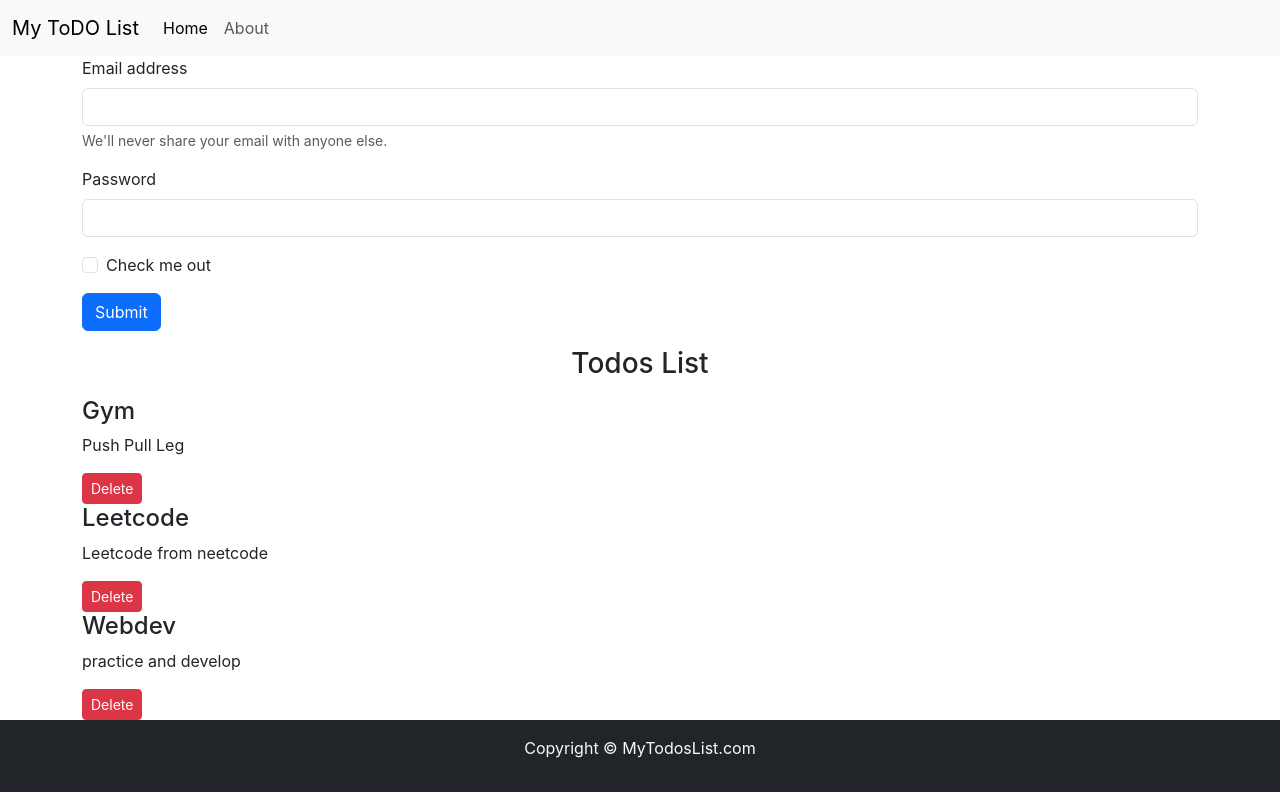
Repository: AshwinUgale/ToDoList
Page: /
These files come from the project's save history. The page is drawn as it stood at one moment and after the next save; the edit follows.
The browser window is 1280 px wide. The pictures show the whole page.
The project was rebuilt for these pictures with package versions that can differ from the ones it lists, and the page was loaded fresh each time. Also part of the build but not shown: src/App.css.

Above is the page before, as saved 2024-12-21 17:02:24.

After the next save:
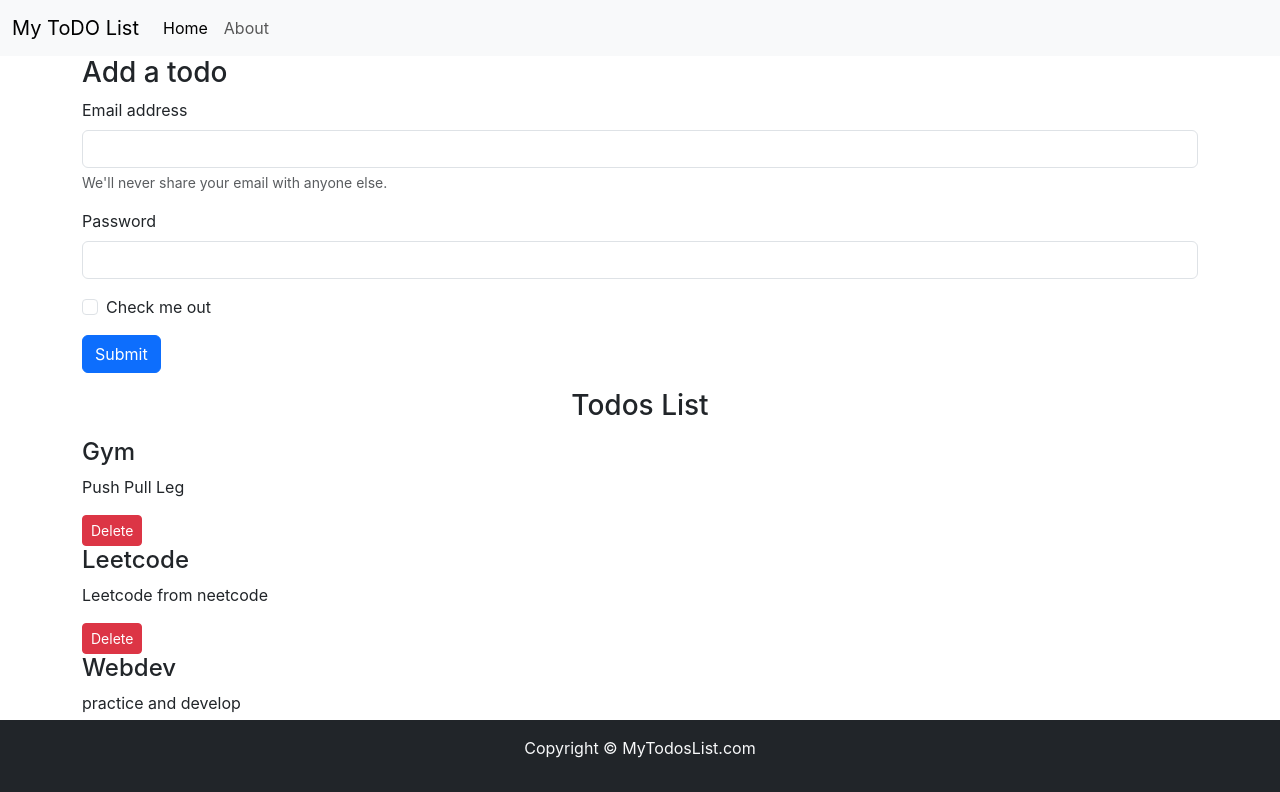
Saved 17 s later.
--- a/src/MyComponents/AddTodo.js
+++ b/src/MyComponents/AddTodo.js
@@ -3,6 +3,7 @@ import React from 'react'
 export const AddTodo = () => {
   return (
     <div className='container'>
+        <h3>Add a todo</h3>
         <form>
     <div class="mb-3">
       <label for="exampleInputEmail1" class="form-label">Email address</label>
